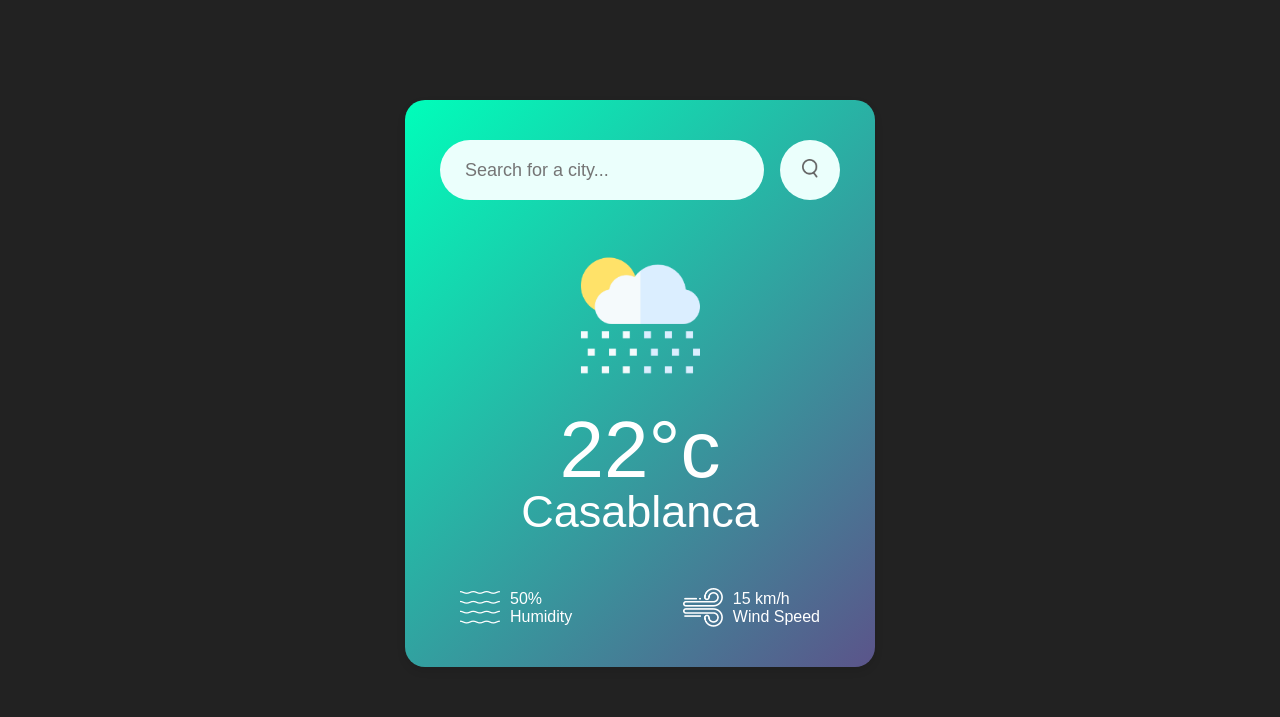
Repository: Abdelilah-Lakrim/Weather-App
Page: index.html
An editor plug-in stored every save of this project. The page is shown before and after a run of saves, followed by the edit.
The browser window is 1280 px wide. The pictures show the whole page.

Above is the page before, as saved 2025-06-17 11:19:38.

### index.html
<!DOCTYPE html>
<html>
<head>
    <meta charset="UTF-8" />
    <title>Weather App</title>
    <link rel="stylesheet" href="style.css" >
</head>
<body>

    <div class="card">
        <div class="search">
            <input type="text" placeholder="Search for a city..." spellcheck="false" />
            <button><img src="images/search.png"></button>
        </div>
        <div class="weather">
            <img src="images/rain.png" class="weather-icon">
            <h1 class="temp">22°c</h1>
            <h2 class="city">Casablanca</h2>
            <div class="details">
                <div class="col">
                    <img src="images/humidity.png">
                    <div>
                        <p class="humidity">50%</p>
                        <p>Humidity</p>
                    </div>
                </div>
                <div class="col">
                    <img src="images/wind.png">
                    <div>
                        <p class="wind">15 km/h</p>
                        <p>Wind Speed</p>
                    </div>
                </div>
            </div>
        </div>
    </div>

</body>
</html>

### style.css
*{
    margin: 0;
    padding: 0;
    font-family: 'Poppins', sans-serif;
    box-sizing: border-box;
}
body{
    background-color: #222;
    color: #333;
}
.card{
    width: 90%;
    max-width: 470px;
    background: linear-gradient(135deg, #00feba, #5b548a);
    color: #fff;
    margin: 100px auto  0;
    padding: 40px 35px;
    border-radius: 20px;
    box-shadow: 0 4px 8px rgba(0, 0, 0, 0.1);
    overflow: hidden;
    position: relative;
    text-align: center;
}
.search{
    width: 100%;
    display: flex;
    align-items: center;
    justify-content: space-between;
}

.search input{
    border: 0;
    outline: 0;
    background: #ebfffc;
    color: #333;
    padding: 10px 25px;
    height: 60px;
    border-radius: 30px;
    flex: 1;
    margin-right: 16px;
    font-size: 18px;
}

.search button{
    border: 0;
    outline: 0;
    background: #ebfffc;
    height: 60px;
    width: 60px;
    border-radius: 50px;
    cursor: pointer;
}
.search button img{
    width: 16px;
}

.weather-icon{
    width: 170px;
    margin-top: 30px;

}

.weather h1{
    font-size: 80px;
    font-weight: 500;
}
.weather h2{
    font-size: 45px;
    font-weight: 400;
    margin-top: -10px;
}

.details{
    display: flex;
    align-items: center;
    justify-content: space-between;
    margin-top: 50px;
    padding: 0 20px;
}
.col{
    display: flex;
    text-align: left;
    align-items: center;

}
.col img{
    width: 40px;
    margin-right: 10px;

}

.humidity, .wind{
    color: #fff;
}

After the next 3 saves:
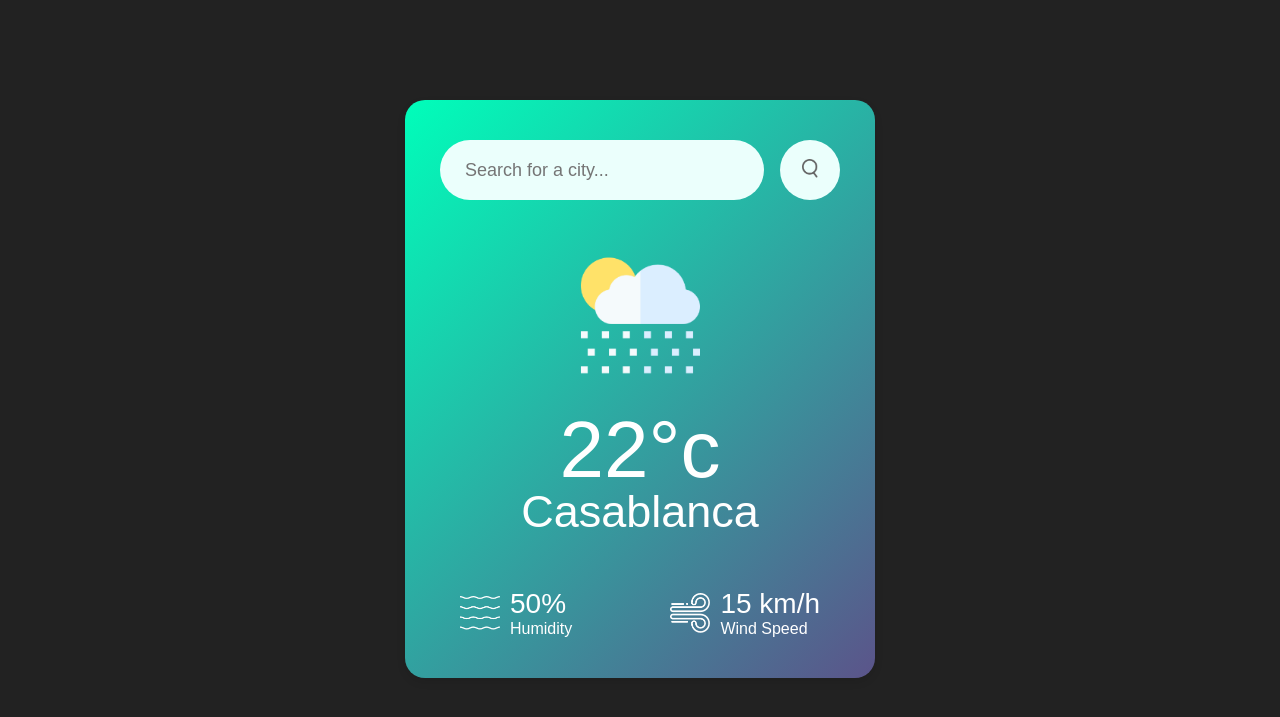
The 3 saves are shown as one change because they came seconds apart.
The last was saved 15 s later.
--- a/style.css
+++ b/style.css
@@ -90,5 +90,5 @@ body{
 }
 
 .humidity, .wind{
-    color: #fff;
+    font-size: 28px;
 }
